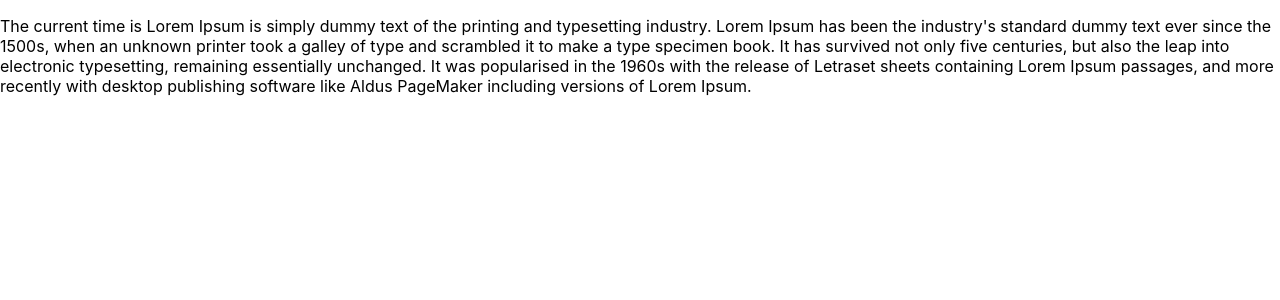
Repository: eg7eg7/Text-Play
Page: /
The author's editor kept a copy of each file at every save. The page is drawn from the files as they stood at one save, then again after the next save.
The browser window is 1280 px wide. The pictures show the whole page.
The project was rebuilt for these pictures with package versions that can differ from the ones it lists, and the page was loaded fresh each time.

Above is the page before, as saved 2021-01-11 21:51:54.

### src/index.tsx
import React from 'react';
import ReactDOM from 'react-dom';
import './index.css';
import { TextPlay } from './TextPlay';
import reportWebVitals from './reportWebVitals';

ReactDOM.render(
  <React.StrictMode>
    <TextPlay />
  </React.StrictMode>,
  document.getElementById('root')
);

// If you want to start measuring performance in your app, pass a function
// to log results (for example: reportWebVitals(console.log))
// or send to an analytics endpoint. Learn more: https://bit.ly/CRA-vitals
reportWebVitals();

### src/TextPlay.tsx
import React, { Component } from 'react';
import './TextPlay.css';
type TextState = {
    text: string
}
export class TextPlay extends Component<{}, TextState> {
    tick() {
        this.setState({ text: "Lorem Ipsum is simply dummy text of the printing and typesetting industry. Lorem Ipsum has been the industry's standard dummy text ever since the 1500s, when an unknown printer took a galley of type and scrambled it to make a type specimen book. It has survived not only five centuries, but also the leap into electronic typesetting, remaining essentially unchanged. It was popularised in the 1960s with the release of Letraset sheets containing Lorem Ipsum passages, and more recently with desktop publishing software like Aldus PageMaker including versions of Lorem Ipsum."});
    }

    componentWillMount() {
        this.tick();
    }

    componentDidMount() {
        this.tick();
    }

    render() {
        return <div className="TextPlay"><p>The current time is {this.state.text}</p></div>
      }
}

### src/TextPlay.css
p {
    text-decoration: double;
    text-shadow: 10cm;
    text-emphasis-position: 10;
}

/* TextPlay {

} */

Loaded but not shown: public/index.html (common file); src/index.css (common file); src/reportWebVitals.ts (common file)

After the next save:
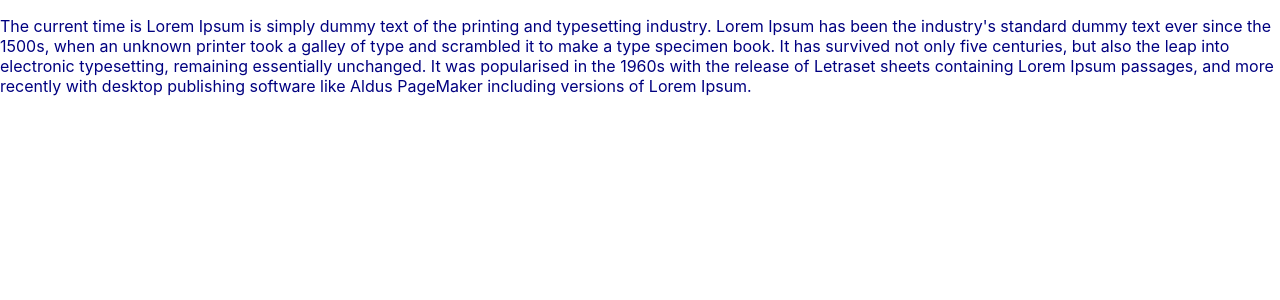
Saved 55 s later.
--- a/src/TextPlay.css
+++ b/src/TextPlay.css
@@ -2,6 +2,7 @@ p {
     text-decoration: double;
     text-shadow: 10cm;
     text-emphasis-position: 10;
+    color: navy
 }
 
 /* TextPlay {
